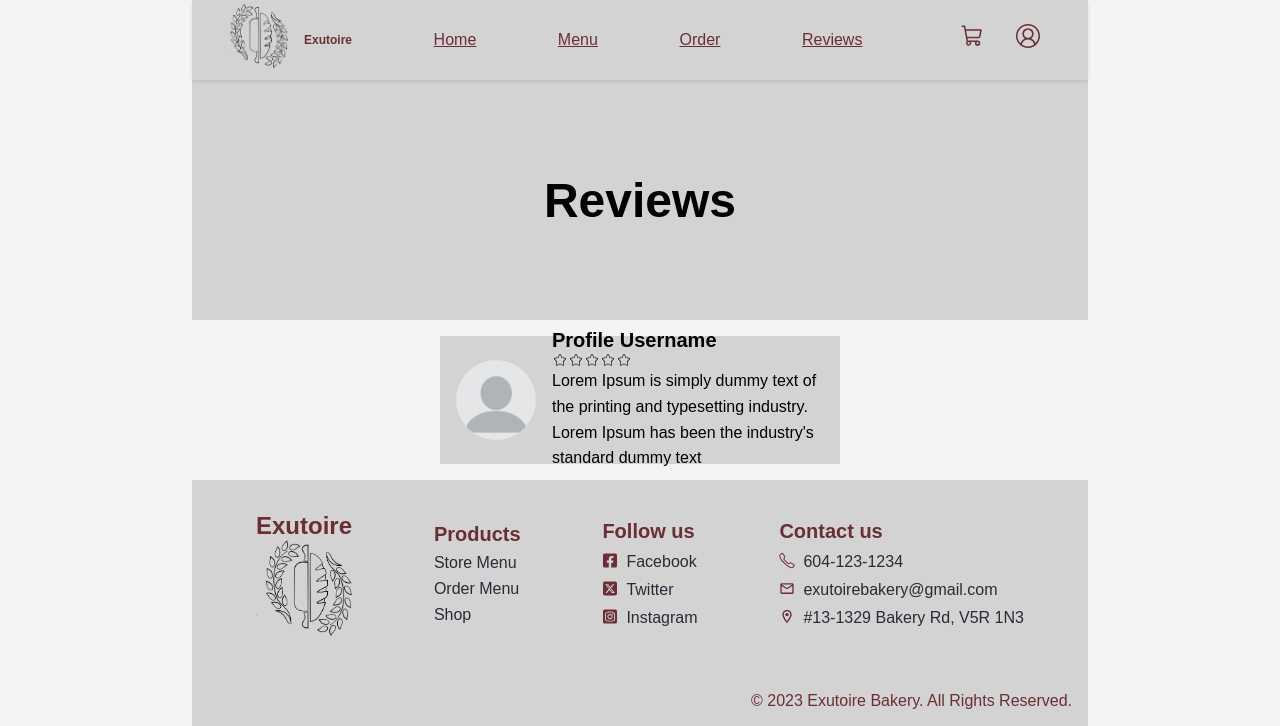
Repository: MelissaJacobi/COMP3170-final-proj
Page: /Reviews
These files come from the project's save history. The page is drawn as it stood at one moment and after the next save; the edit follows.
The browser window is 1280 px wide. The pictures show the whole page.
The project was rebuilt for these pictures with package versions that can differ from the ones it lists, and the page was loaded fresh each time. Also part of the build but not shown: vite.config.js, src/pages/ShoppingCart.module.css, src/components/ShoppingCartCard.module.css, src/components/ShoppingCartCard.jsx, src/components/OrderTotal.jsx, src/pages/ShoppingCart.jsx, src/pages/Profile.module.css, src/pages/Profile.jsx and 32 more.

Above is the page before, as saved 2024-10-19 19:16:24.

### src/main.jsx
import { StrictMode } from 'react'
import { createRoot } from 'react-dom/client'
import App from './App.jsx'
import './index.css'

const rootElement = document.getElementById('root');
if (rootElement) {
  createRoot(rootElement).render(
    <StrictMode>
      <App />
    </StrictMode>
  );
}

### src/App.jsx
import { BrowserRouter as Router, Routes, Route } from 'react-router-dom';
import styles from './App.module.css';
import Header from './components/Header';
import Footer from './components/Footer';
import Home from './pages/Home';
import Menu from './pages/menu';
import Bread from './pages/Bread';
import Pastries from './pages/Pastries';
import Cakes from './pages/Cakes';
import Drinks from './pages/Drinks';
import Seasonal from './pages/Seasonal';
import OrderPickUp from './pages/OrderPickUp';
import OrderDelivery from './pages/OrderDelivery';
import ShoppingCart from './pages/ShoppingCart';
import Profile from './pages/Profile';
import Reviews from './pages/reviews';

function App() {
  return (
    <Router>
      <div className={styles.appContainer}>
        <Header />
        <Routes>
          <Route path="/" element={<Home />} />
          <Route path="/menu" element={<Menu />} />
          <Route path="/menu/bread" element={<Bread />} />
          <Route path="/menu/pastries" element={<Pastries />} />
          <Route path="/menu/cakes" element={<Cakes />} />
          <Route path="/menu/drinks" element={<Drinks />} />
          <Route path="/menu/seasonal" element={<Seasonal />} />
          <Route path="/orderpickup" element={<OrderPickUp />} />
          <Route path="/orderdelivery" element={<OrderDelivery />} />
          <Route path="/shoppingcart" element={<ShoppingCart/>}/>
          <Route path="/profile" element={<Profile />}/>
          <Route path="/Reviews" element={<Reviews />}/>
        </Routes>
        <Footer />
      </div>
    </Router>
  );
}

export default App;

### src/index.css
* {
  margin: 0;
  padding: 0;
  box-sizing: border-box;
}

body {
  font-family: Arial, sans-serif;
  line-height: 1.6;
  background-color: #f4f4f4;
}

:root {
  --primary-color: lightgrey;
  --secondary-color: lightblue;
  --accent-color: #6A2E35;
  --background-color: white;
  --text-color: #2E2836;
}

### src/App.module.css
.appContainer {
    width: 70%;
    height: 100%;
    margin: auto;
}

### src/components/Header.jsx
// Header.tsx
import { Link, Route, Router, Routes } from 'react-router-dom';
import styles from './Header.module.css';
import logo from "../assets/images/logo.png";
import { PiShoppingCart } from "react-icons/pi";
import { VscAccount } from "react-icons/vsc";
import OverallCart from '../pages/ShoppingCart';
import Profile from '../pages/Profile';

export default function Header() {
  return (
    <div className={styles.container}>
      <div>
        <Link to ="/"><img src={logo} alt="Logo" className={styles.logo} /></Link>
        <p className={styles.siteTitle}>Exutoire</p>
      </div>
      <Link to="/" className={styles.links}>Home</Link>
      <Link to="/Menu" className={styles.links}>Menu</Link>
      <Link to="/OrderPickUp" className={styles.links}>Order</Link>
      <Link to="/Reviews" className={styles.links}>Reviews</Link>
      <div>
        <Link to="/ShoppingCart">
          <PiShoppingCart className={styles.icon} />
        </Link>
        <Link to="/Profile">
          <VscAccount className={styles.icon} />
        </Link>
      </div>
    </div>
  );
}

### src/components/Footer.tsx
import logo from "../assets/images/logo.png"
import styles from "./Footer.module.css"
import { FaFacebookSquare } from "react-icons/fa";
import { FaSquareXTwitter } from "react-icons/fa6";
import { FaInstagramSquare } from "react-icons/fa";
import { SlPhone } from "react-icons/sl";
import { MdOutlineMailOutline } from "react-icons/md";
import { MdOutlineLocationOn } from "react-icons/md";

export default function Footer() {

  return (
    <>
      <div className={styles.container}>
        <div>
            <p className={styles.siteTitle}>Exutoire</p>
            <img src={logo} alt="Logo" className={styles.logo}/>
        </div>
        <ul>
          <p>Products</p>
          <li>Store Menu</li>
          <li>Order Menu</li>
          <li>Shop</li>
        </ul>
        <ul>
          <p>Follow us</p>
          <li><FaFacebookSquare className={styles.socialIcon}/>Facebook</li>
          <li><FaSquareXTwitter className={styles.socialIcon}/>Twitter</li>
          <li><FaInstagramSquare className={styles.socialIcon}/>Instagram</li>
        </ul>
        <ul>
          <p>Contact us</p>
          <li><SlPhone  className={styles.socialIcon}/>604-123-1234</li>
          <li><MdOutlineMailOutline className={styles.socialIcon}/>exutoirebakery@gmail.com</li>
          <li><MdOutlineLocationOn className={styles.socialIcon}/>#13-1329 Bakery Rd, V5R 1N3</li>
        </ul>
      </div>
      <p className={styles.copywrite}>© 2023 Exutoire Bakery.  All Rights Reserved.</p>
    </>
  )
}

### src/pages/reviews.jsx
import styles from "./Reviews.module.css"
import Review from "../components/Review";

export default function Reviews() {
    return (
      <div className={styles.container}>
        <div className={styles.banner}>
            <h1>Reviews</h1>
        </div>
        <div className={styles.reviews}>
            <Review />
        </div>

      </div>
    );
  }

### src/components/Header.module.css
.container {
    background-color: var(--primary-color);
    width: 100%;
    height: 5rem;
    display: flex;
    align-items: center;
    justify-content: space-between;
    padding: 2rem;
    position: sticky;
    top: 0;
    z-index: 1000;
    box-shadow: 0 2px 4px rgba(0, 0, 0, 0.1);
}

.logo {
    height: 4rem;
    width: 4rem;
}

.siteTitle {
    font-size: 12px;
    font-style: normal;
    font-weight: 700;
    line-height: normal;
    margin-left: 1rem;
    color: var(--accent-color)
}

.container div {
    display: flex;
    align-items: center;
}

.links {
    font-size: 16px;
    font-style: normal;
    font-weight: 400;
    line-height: normal;
    color: var(--accent-color)
}

.icon {
    height: 1.5rem;
    width: 1.5rem;
    margin: 1rem;
    color: var(--accent-color)
}

### src/components/Footer.module.css
.container {
    background-color: var(--primary-color);
    height: 100%;
    width: 100%;
    display: flex;
    flex-wrap: wrap;
    align-items: center;
    justify-content: space-between;
    padding: 2rem 4rem;
}

.container div{
    text-align: center;
}

.logo {
    width: 6rem;
    height: 6rem;
}

.siteTitle {
    font-size: 24px;
    font-style: normal;
    font-weight: 700;
    line-height: normal;
    color: var(--accent-color)
}

.container ul p {
    color: var(--accent-color);
    font-size: 20px;
    font-style: normal;
    font-weight: 700;
    line-height: normal;
}

.container ul li {
    font-size: 16px;
    font-style: normal;
    font-weight: 400;
    line-height: normal;
    margin: 0.5rem 0rem;
    padding: 0;
    list-style-type: none;
    color: var(--text-color)
}

.socialIcon {
    transform: translateY(0.1rem);
    color: var(--accent-color);
    margin-right: 0.5rem;
}

.copywrite {
    width: 100%;
    text-align: right;
    padding: 1rem;
    font-size: 16px;
    font-style: normal;
    font-weight: 400;
    line-height: normal;
    color: var(--accent-color);
    background-color: var(--primary-color);
}

### src/pages/Reviews.module.css
.container {
    width: 100%;
}

.banner {
    width: 100%;
    height: 15rem;
    display: flex;
    justify-content: center;
    align-items: center;
    background-color: var(--primary-color);
}

.container h1 {
    font-size: 48px;
    font-style: normal;
    font-weight: 700;
    line-height: normal;
}

.reviews {
    width: 100%;
    display: flex;
    justify-content: center;
    flex-wrap: wrap;
}

### src/components/Review.jsx
import styles from "./Review.module.css"
import profile from "../assets/images/profile.webp";
import { CiStar } from "react-icons/ci";

export default function Review() {
    return (
      <div className={styles.container}>
        <img src={profile} className={styles.profileImg} />
        <div>
            <p className={styles.username}>Profile Username</p>
            <div className={styles.rating}>
                <CiStar />
                <CiStar />
                <CiStar />
                <CiStar />
                <CiStar />
            </div>
            <p>Lorem Ipsum is simply dummy text of the printing and typesetting industry. Lorem Ipsum has been the industry's standard dummy text</p>
        </div>
      </div>
    );
  }

### src/components/OrderTotal.module.css
.orderTotalContainer {
    display: flex;
    flex-direction: column;
    justify-content: flex-end;
    align-items: flex-end;
}

.subtotal, .tax, .grandTotal {
    display: flex;
    flex-direction: row;
    justify-content: space-around;
    width: 55%;
    margin: 0.5rem;
}

.grandTotal {
    font-size: 40px;
    font-weight: 300;
}

.line {
    background-color: #9a9a9a;
    height: 0.2rem;
    width: 55%;
}

.lineThin {
    background-color: #9a9a9a;
    height: 0.1rem;
    width: 55%;
}

.btns, Link {
    display: flex;
    justify-content: center;
    align-items: center;
    width: 30%;
    margin-bottom: 1rem;
}

.backBtn {
    background-color: inherit;
    color: #6A2E35;
}

.checkoutBtn {
    display: flex;
    justify-content: center;
    align-items: center;
    background-color: #6A2E35;
    height: 2.7rem;
    border-radius: 0;
}

### src/components/Review.module.css
.container {
    background-color: var(--primary-color);
    width: 25rem;
    height: 8rem;
    Margin: 1rem;
    display: flex;
    align-items: center;
}

.profileImg {
    width: 5rem;
    height: 5rem;
    border-radius: 50%;
    margin: 1rem;
}

.rating {
    display: flex;

}

.username {
    font-size: 20px;
    font-style: normal;
    font-weight: 700;
    line-height: normal;
    width: 100%;
}

Loaded but not shown: index.html (common file)

After the next save:
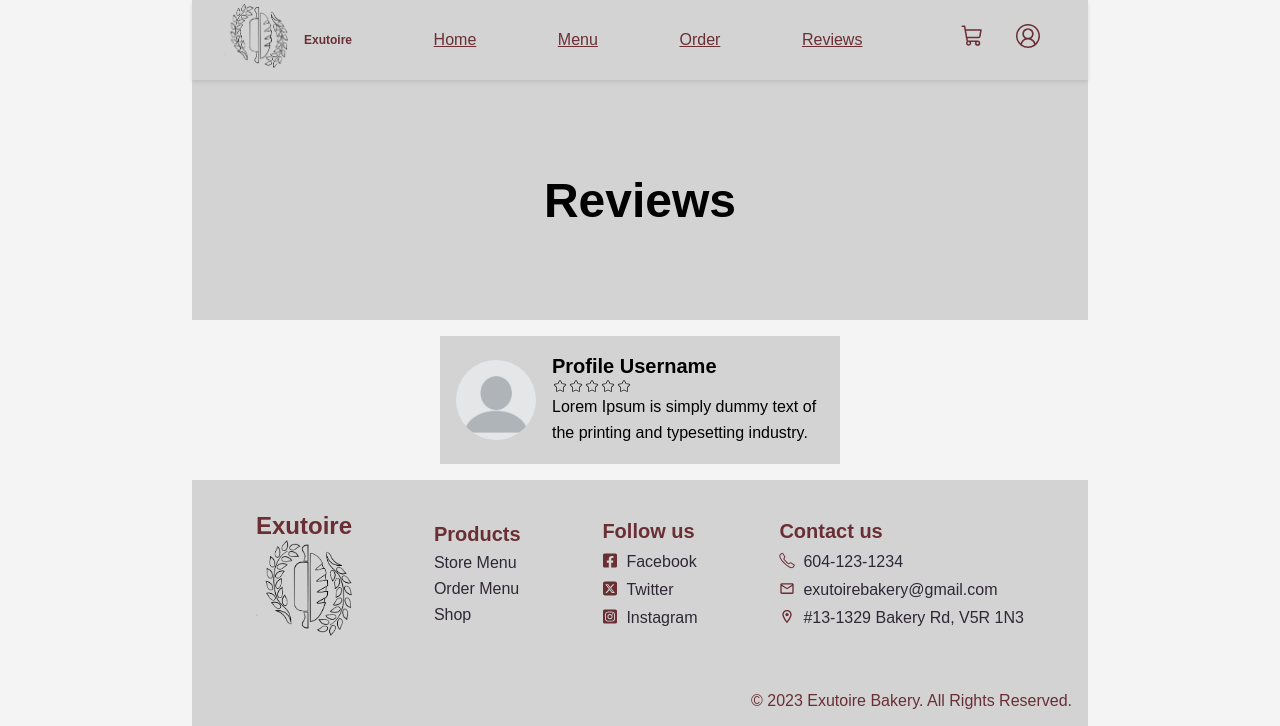
Saved 14 s later.
--- a/src/components/Review.jsx
+++ b/src/components/Review.jsx
@@ -15,7 +15,7 @@ export default function Review() {
                 <CiStar />
                 <CiStar />
             </div>
-            <p>Lorem Ipsum is simply dummy text of the printing and typesetting industry. Lorem Ipsum has been the industry's standard dummy text</p>
+            <p>Lorem Ipsum is simply dummy text of the printing and typesetting industry.</p>
         </div>
       </div>
     );
